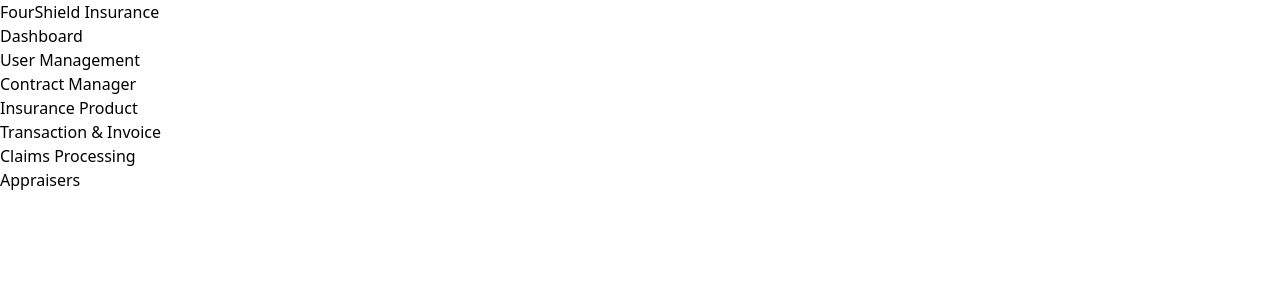
Repository: MockProject9920/MockProject_022025_Nhom4
Page: / (app in frontend/)
These files come from the project's save history. The page is drawn as it stood at one moment and after the next save; the edit follows.
The browser window is 1280 px wide. The pictures show the whole page.
The project was rebuilt for these pictures with package versions that can differ from the ones it lists, and the page was loaded fresh each time. Also part of the build but not shown: frontend/vite.config.js.

Above is the page before, as saved 2025-03-12 14:09:27.

After the next save:
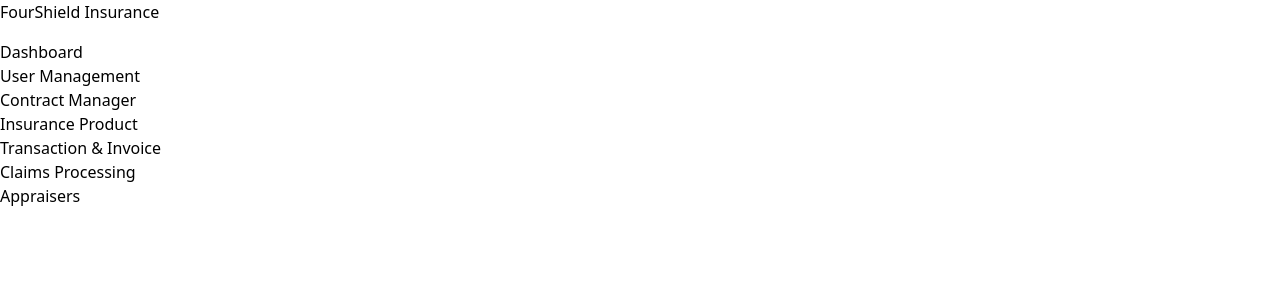
Saved 31 s later.
--- a/frontend/src/components/AdminSidebar.jsx
+++ b/frontend/src/components/AdminSidebar.jsx
@@ -14,59 +14,61 @@ function AdminSidebar() {
     }));
   };
   return (
-    <div className="h-screen">
+    <div className="space-y-4 h-screen">
       <p className="">FourShield Insurance</p>
-      <p>Dashboard</p>
       <div>
-        <div onClick={() => toggleDropdown("menu1")}>
-          <i></i> <p>User Management</p>
+        <p>Dashboard</p>
+        <div>
+          <div onClick={() => toggleDropdown("menu1")}>
+            <i></i> <p>User Management</p>
+          </div>
         </div>
-      </div>
-      {dropdowns.menu1 && (
-        <div>
-          <ul>
-            <li>Customner</li>
-            <li>Employee</li>
-            <li>Role</li>
-          </ul>
-        </div>
-      )}
-      <div>
-        <p>Contract Manager</p>
-      </div>
-      <div>
-        <p>Insurance Product</p>
-      </div>
-
-      <div>
-        <div onClick={() => toggleDropdown("menu2")}>
-          <p>Transaction & Invoice</p>
-        </div>
-        {dropdowns.menu2 && (
+        {dropdowns.menu1 && (
           <div>
             <ul>
-              <li>Transaction Management</li>
-              <li>Invoice Management</li>
+              <li>Customner</li>
+              <li>Employee</li>
+              <li>Role</li>
             </ul>
           </div>
         )}
-      </div>
+        <div>
+          <p>Contract Manager</p>
+        </div>
+        <div>
+          <p>Insurance Product</p>
+        </div>
 
-      <div>
-        <p>Claims Processing</p>
-      </div>
-      <div>
-        <div onClick={() => toggleDropdown("menu3")}>
-          <p>Appraisers</p>
+        <div>
+          <div onClick={() => toggleDropdown("menu2")}>
+            <p>Transaction & Invoice</p>
+          </div>
+          {dropdowns.menu2 && (
+            <div>
+              <ul>
+                <li>Transaction Management</li>
+                <li>Invoice Management</li>
+              </ul>
+            </div>
+          )}
         </div>
-        {dropdowns.menu3 && (
-          <div>
-            <ul>
-              <li>List of Appraisers</li>
-              <li>Assessment Report</li>
-            </ul>
+
+        <div>
+          <p>Claims Processing</p>
+        </div>
+        <div>
+          <div onClick={() => toggleDropdown("menu3")}>
+            <p>Appraisers</p>
           </div>
-        )}
+          {dropdowns.menu3 && (
+            <div>
+              <ul>
+                <li>List of Appraisers</li>
+                <li>Assessment Report</li>
+              </ul>
+            </div>
+          )}
+        </div>
       </div>
     </div>
   );
